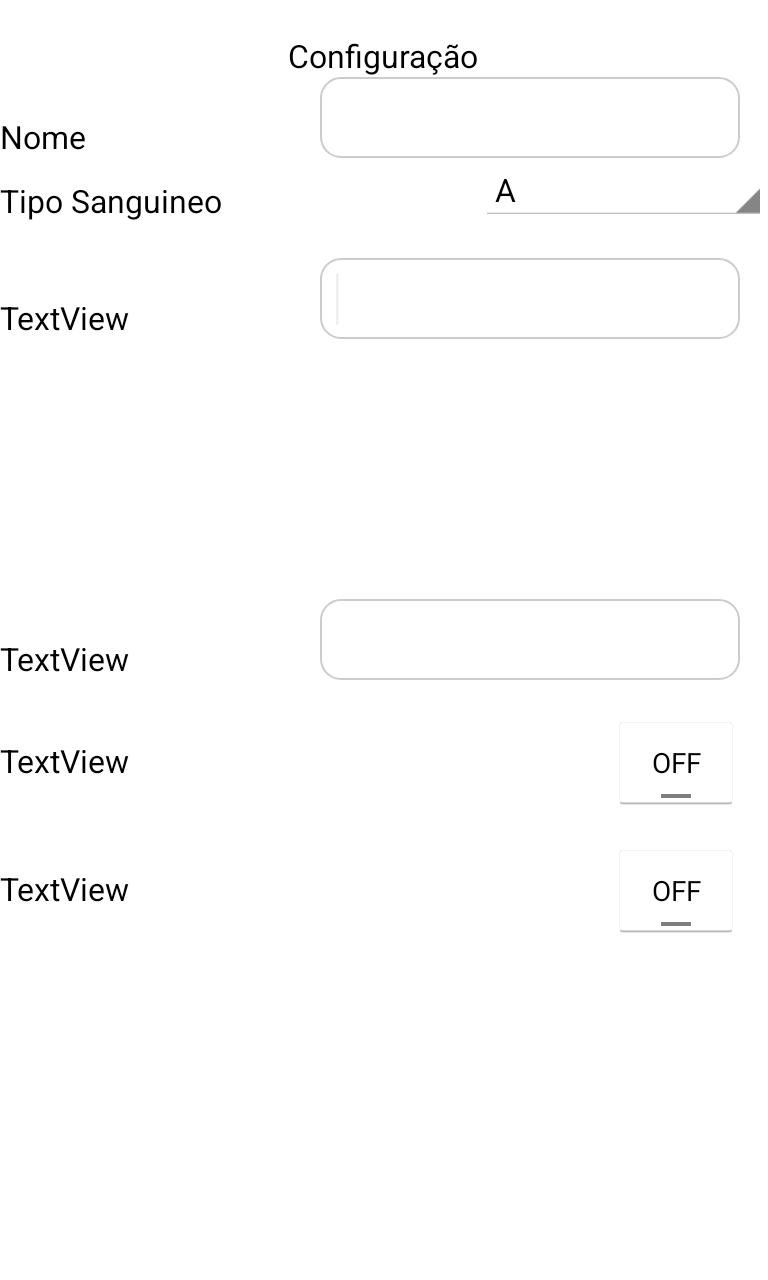
Repository: RafaDeschain/DoarSP
Layout: doarSP/res/layout/fragment_alterardados.xml
These files come from the project's save history. The layout is drawn as it stood at one moment and after the next save; the edit follows.
It is drawn on a 768 x 1280 px phone screen (xhdpi) without system bars, with theme AppTheme; the app's code is not run.

Above is the layout before, as saved 2014-04-21 04:22:39.

### doarSP/res/layout/fragment_alterardados.xml
<?xml version="1.0" encoding="utf-8"?>
<RelativeLayout xmlns:android="http://schemas.android.com/apk/res/android"
    android:layout_width="match_parent"
    android:layout_height="match_parent">

    <TextView
        android:id="@+id/textView1"
        android:layout_width="wrap_content"
        android:layout_height="wrap_content"
        android:layout_alignParentTop="true"
        android:layout_centerHorizontal="true"
        android:layout_marginTop="17dp"
        android:text="@string/configuracao" />

    <EditText
        android:id="@+id/editText1"
        android:layout_width="wrap_content"
        android:layout_height="wrap_content"
        android:layout_alignParentRight="true"
        android:layout_below="@+id/textView1"
        android:layout_marginRight="14dp"
        android:ems="10"
        android:inputType="textPersonName" />

    <TextView
        android:id="@+id/textView2"
        android:layout_width="wrap_content"
        android:layout_height="wrap_content"
        android:layout_alignBottom="@+id/editText1"
        android:layout_alignParentLeft="true"
        android:text="@string/nome" />

    <TextView
        android:id="@+id/textView3"
        android:layout_width="wrap_content"
        android:layout_height="wrap_content"
        android:layout_above="@+id/editText1"
        android:layout_alignParentLeft="true"
        android:layout_below="@+id/textView1"
        android:text="TextView" />

    <Spinner
        android:id="@+id/spinner1"
        android:layout_width="wrap_content"
        android:layout_height="wrap_content"
        android:layout_alignParentRight="true"
        android:layout_below="@+id/editText1"
        android:layout_toRightOf="@+id/textView1"
        android:entries="@array/tipos_Sanguineos"
        android:prompt="@string/sangue_prompt" />

    <TextView
        android:id="@+id/textView4"
        android:layout_width="wrap_content"
        android:layout_height="wrap_content"
        android:layout_alignBottom="@+id/spinner1"
        android:layout_alignParentLeft="true"
        android:text="@string/tpSanguineo" />

    <EditText
        android:id="@+id/editText2"
        android:layout_width="wrap_content"
        android:layout_height="wrap_content"
        android:layout_alignRight="@+id/editText1"
        android:layout_below="@+id/spinner1"
        android:layout_marginTop="18dp"
        android:ems="10"
        android:inputType="textEmailAddress" >

        <requestFocus />
    </EditText>

    <TextView
        android:id="@+id/textView5"
        android:layout_width="wrap_content"
        android:layout_height="wrap_content"
        android:layout_alignBottom="@+id/editText2"
        android:layout_alignParentLeft="true"
        android:text="TextView" />

    <EditText
        android:id="@+id/editText3"
        android:layout_width="wrap_content"
        android:layout_height="wrap_content"
        android:layout_alignRight="@+id/editText2"
        android:layout_centerVertical="true"
        android:ems="10"
        android:inputType="date" />

    <TextView
        android:id="@+id/textView6"
        android:layout_width="wrap_content"
        android:layout_height="wrap_content"
        android:layout_alignBottom="@+id/editText3"
        android:layout_alignParentLeft="true"
        android:text="TextView" />

    <ToggleButton
        android:id="@+id/toggleButton1"
        android:layout_width="wrap_content"
        android:layout_height="wrap_content"
        android:layout_alignRight="@+id/editText3"
        android:layout_below="@+id/editText3"
        android:layout_marginTop="17dp"
        android:text="ToggleButton" />

    <TextView
        android:id="@+id/textView7"
        android:layout_width="wrap_content"
        android:layout_height="wrap_content"
        android:layout_alignBaseline="@+id/toggleButton1"
        android:layout_alignBottom="@+id/toggleButton1"
        android:layout_alignParentLeft="true"
        android:text="TextView" />

    <ToggleButton
        android:id="@+id/toggleButton2"
        android:layout_width="wrap_content"
        android:layout_height="wrap_content"
        android:layout_alignRight="@+id/toggleButton1"
        android:layout_below="@+id/toggleButton1"
        android:layout_marginTop="16dp"
        android:text="ToggleButton" />

    <TextView
        android:id="@+id/textView8"
        android:layout_width="wrap_content"
        android:layout_height="wrap_content"
        android:layout_alignBaseline="@+id/toggleButton2"
        android:layout_alignBottom="@+id/toggleButton2"
        android:layout_alignParentLeft="true"
        android:text="TextView" />

</RelativeLayout>

### doarSP/res/drawable/styles_listview.xml
<?xml version="1.0" encoding="utf-8"?>
<shape xmlns:android="http://schemas.android.com/apk/res/android" >

    <corners android:radius="2dp" />
    <stroke
        android:width="1dp"
        android:color="#cccccc" />
    <solid
        android:color="#FFFFFF"/>
</shape>

### doarSP/res/drawable/styles_edit_text.xml
<?xml version="1.0" encoding="utf-8"?>
<shape xmlns:android="http://schemas.android.com/apk/res/android" >

    <corners android:radius="10dp" />
    <stroke
        android:width="1dp"
        android:color="#cccccc" />
    <solid
        android:color="#FFFFFF"/>
</shape>

### doarSP/res/drawable/button_custom.xml
<?xml version="1.0" encoding="utf-8"?>
<selector xmlns:android="http://schemas.android.com/apk/res/android" >
    <item android:state_pressed="true">
        <shape android:shape="rectangle">
            <corners android:radius="3dip" />
            <stroke android:width="1dip" android:color="#598e96" />
            <gradient android:angle="-90" android:endColor="#7fbac6" android:startColor="#27646c"/>
        </shape>
    </item>
	<item android:state_focused="true">
	    <shape android:shape="rectangle">
	        <corners android:radius="3dip" />
	        <stroke android:width="1dip" android:color="#598e96"/>
	        <solid android:color="#4ea0ab"/>
	    </shape>
	</item>
	<item>
	    <shape android:shape="rectangle">
	        <corners android:radius="3dip" />
	        <stroke android:width="1dip" android:color="#598e96"/>
	        <gradient android:angle="-90" android:endColor="#4ea0ab" android:startColor="#94dcea"/>
	    </shape>
	</item>
</selector>

### doarSP/res/values/strings.xml
<?xml version="1.0" encoding="utf-8"?>
<resources>

    <string name="app_name">doarSP</string>
    <string name="action_settings">Settings</string>
    <string name="version">Beta</string>
	<string name="aboutMe">Aplicação desenvolvida como trabalho de conclusão da Universidade São Judas Tadeu.\nDisponibilizado gratuitamente para uso com o intuito de ajudar as pessoas.\nPossivelmente se houver adesão a ferramenta adicionaremos novas cidades de acordo com a demanda e tempo.</string>
	<string name="signature">Atenciosamente,\nGrupo Nothing Else Matters.</string>
    <string name="dedicatoria">Dedico a uma pessoa muito especial pra mim, sigo seu exemplo em tentar ser uma boa pessoa e fazer bem, te admiro muito Luh, você significa muito pra mim!</string>
    <string name="configuracao">Configuração</string>
    <string name="sangue_prompt">Escolha um Tipo Sanguineo</string>
    <string name="nome">Nome</string>
    <string name="tpSanguineo">Tipo Sanguineo</string>
    <string name="email">E-Mail</string>
    <string name="dataNascimento">Data de Nascimento</string>
    <string name="notificacoesPush">Notificações Push</string>
    <string name="NotificaoesEmail">Notificações E-Mail</string>

<string name="drawer_open">Slider Menu Opened</string>
    <string name="drawer_close">Slider Menu Closed</string>

    <!-- Nav Drawer Menu Items -->
    <string-array name="nav_drawer_items">
        <item >Principal</item>
        <item >Buscar Doação</item>
        <item >Abrir Solicitação</item>
        <item >Mural</item>
        <item >Buscar Hemocentro</item>
        <item >Informações</item>
        <item >Alterar Dados</item>
    </string-array>

    <!-- Nav Drawer List Item Icons -->
    <!-- Keep them in order as the titles are in -->
    <array name="nav_drawer_icons">
        <item>@drawable/ic_home</item>
        <item>@drawable/ic_people</item>
        <item>@drawable/ic_photos</item>
        <item>@drawable/ic_communities</item>
        <item>@drawable/ic_pages</item>
        <item>@drawable/ic_whats_hot</item>
        <item>@drawable/ic_whats_hot</item>
    </array>

    <!-- Content Description -->
    <string name="desc_list_item_icon">Item Icon</string>

    <string-array name="tipos_Sanguineos">
        <item>A</item>
        <item>A-</item>
        <item>B</item>
        <item>B-</item>
        <item>AB</item>
        <item>AB-</item>
        <item>O</item>
        <item>O-</item>
    </string-array>

</resources>

Loaded but not shown: doarSP/res/values/styles.xml (common file); doarSP/res/values-v11/styles.xml (common file); doarSP/res/values-v14/styles.xml (common file)

After the next save:
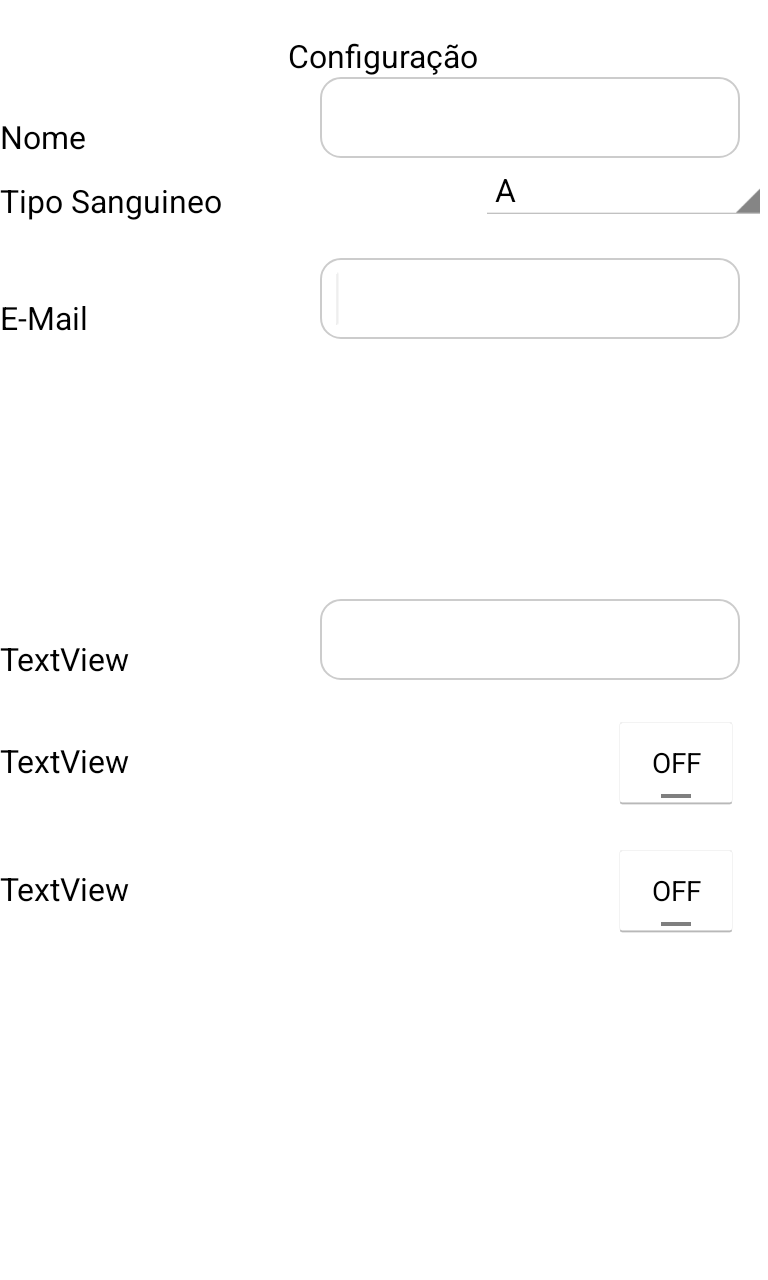
Saved 15 s later.
--- a/doarSP/res/layout/fragment_alterardados.xml
+++ b/doarSP/res/layout/fragment_alterardados.xml
@@ -76,7 +76,7 @@
         android:layout_height="wrap_content"
         android:layout_alignBottom="@+id/editText2"
         android:layout_alignParentLeft="true"
-        android:text="TextView" />
+        android:text="@string/email" />
 
     <EditText
         android:id="@+id/editText3"
